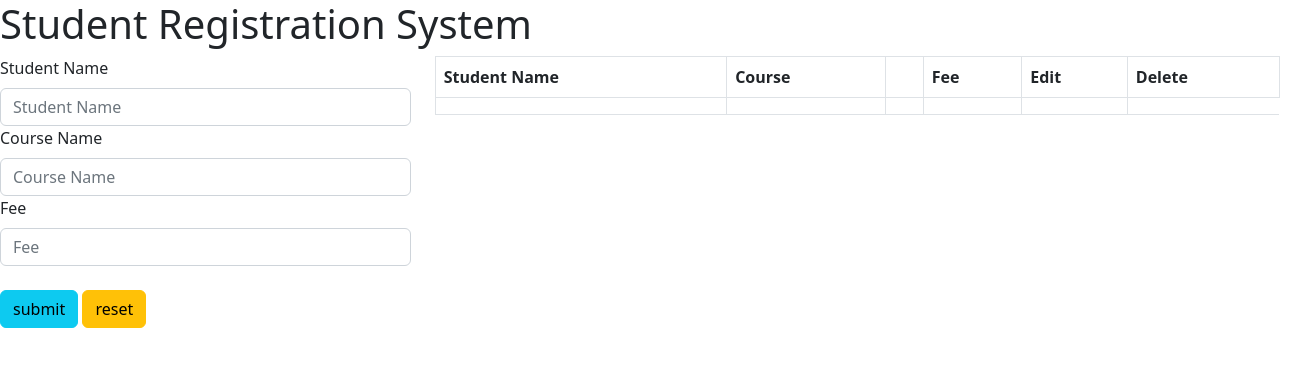
Repository: minhnhien2212/self-study
Page: http://localhost/StudentRegistration/
The author's editor kept a copy of each file at every save. The page is drawn from the files as they stood at one save, then again after the next save.
The browser window is 1280 px wide. The page is 1292 px wide, so the pictures cover 1292 px, including what lies to the right of the window. The pictures show the whole page.
The page is served by Tomcat 9. Queries for data that is not in the repository find no rows.

Above is the page before, as saved 2022-11-21 03:43:25.

### StudentRegistration/src/main/webapp/index.jsp
<%@ page language="java" contentType="text/html; charset=UTF-8"
    pageEncoding="UTF-8"%>
<!DOCTYPE html>
<html>
<head>
<meta charset="UTF-8">
<title>Insert title here</title>
<link href="https://cdn.jsdelivr.net/npm/bootstrap@5.2.2/dist/css/bootstrap.min.css" rel="stylesheet" integrity="sha384-Zenh87qX5JnK2Jl0vWa8Ck2rdkQ2Bzep5IDxbcnCeuOxjzrPF/et3URy9Bv1WTRi" crossorigin="anonymous">
<script src="https://cdn.jsdelivr.net/npm/@popperjs/core@2.11.6/dist/umd/popper.min.js" integrity="sha384-oBqDVmMz9ATKxIep9tiCxS/Z9fNfEXiDAYTujMAeBAsjFuCZSmKbSSUnQlmh/jp3" crossorigin="anonymous"></script>
<script src="https://cdn.jsdelivr.net/npm/bootstrap@5.2.2/dist/js/bootstrap.min.js" integrity="sha384-IDwe1+LCz02ROU9k972gdyvl+AESN10+x7tBKgc9I5HFtuNz0wWnPclzo6p9vxnk" crossorigin="anonymous"></script>
</head>
<body>
	<h1>Student Registration System</h1>

	<div class="row">
		<div class="col-sm-4">
			<form action="#" method="POST">

				<div align="left">
					<label class="form-label">Student Name</label>
					<input type="text" class="form-control" placeholder="Student Name" name="name" id="name" required>
				</div>

				<div align="left">
					<label class="form-label">Course Name</label>
					<input type="text" class="form-control" placeholder="Course Name" name="course" id="course" required>
				</div>

				<div align="left">
					<label class="form-label">Fee</label>
					<input type="text" class="form-control" placeholder="Fee" name="fee" id="fee" required>
				</div>
				<br>
				<div align="left">
					<input type="submit" id="submit" value="submit" name="submit" class="btn btn-info">
					<input type="reset" id="reset" value="reset" name="reset" class="btn btn-warning">

				</div>
			</form>
		</div>

		<div class="col-sm-8">
			<div class="panel-body">
				<table id="tbl-student" class="table table-responsive table-bordered" cellpadding="0" width="100%">
					<thead>
						<tr>
							<th>Student Name</th>
							<th>Course<th>
							<th>Fee</th>
							<th>Edit</th>
							<th>Delete</th>
						</tr>

						<tr>
							<td></td>
							<td></td>
							<td></td>
							<td></td>
							<td></td>
						</tr>

				</table>
			</div>
		</div>


	</div>
</body>
</html>

After the next save:
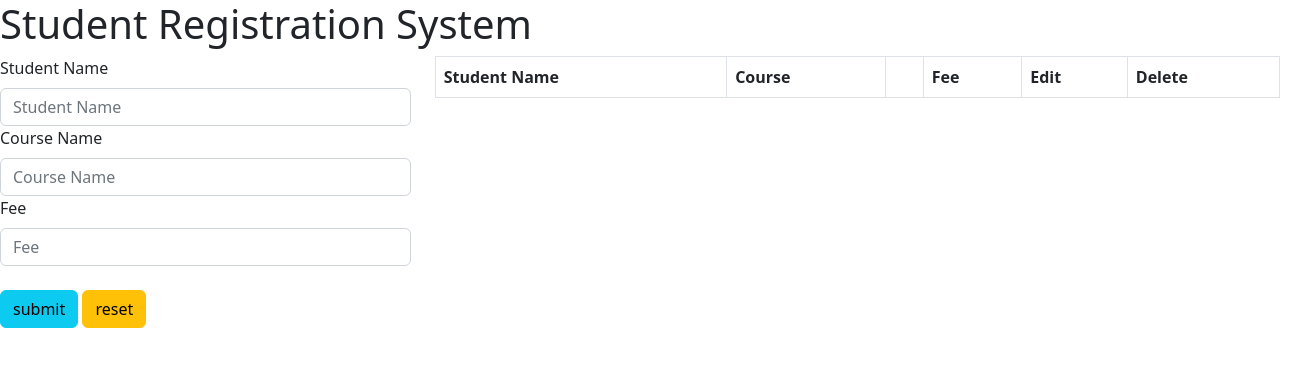
Saved 10 h 6 min later.
--- a/StudentRegistration/src/main/webapp/index.jsp
+++ b/StudentRegistration/src/main/webapp/index.jsp
@@ -1,5 +1,33 @@
 <%@ page language="java" contentType="text/html; charset=UTF-8"
     pageEncoding="UTF-8"%>
+<%@page import="java.sql.*"%>
+
+<%
+if (request.getParameter("submit") != null) {
+	String name = request.getParameter("name");
+	String course = request.getParameter("course");
+	String fee = request.getParameter("fee");
+
+	Connection con;
+	PreparedStatement pst;
+	ResultSet rs;
+
+	Class.forName("com.mysql.jdbc.Driver");
+	con = DriverManager.getConnection("jdbc:mysql://localhost/students", "root", "");
+	pst = con.prepareStatement("Insert into records(name, course, fee) values (?,?,?)");
+	pst.setString(1, name);
+	pst.setString(2, course);
+	pst.setString(3, fee);
+	pst.executeUpdate();
+
+%>
+	<script>
+		alert("Record Added.");
+	</script>
+
+<%
+}
+%>
 <!DOCTYPE html>
 <html>
 <head>
@@ -50,14 +78,31 @@
 							<th>Edit</th>
 							<th>Delete</th>
 						</tr>
+						<%
+							Connection con;
+							PreparedStatement pst;
+							ResultSet rs;
 
+							Class.forName("com.mysql.jdbc.Driver");
+							con = DriverManager.getConnection("jdbc:mysql://localhost/students", "root", "");
+
+							String query = "select * from records";
+							Statement st = con.createStatement();
+							rs = st.executeQuery(query);
+
+							while (rs.next()) {
+								String id = rs.getString("id");
+						%>
 						<tr>
-							<td></td>
-							<td></td>
-							<td></td>
-							<td></td>
-							<td></td>
+							<td> <%=rs.getString("name") %> </td>
+							<td> <%=rs.getString("course") %> </td>
+							<td> <%=rs.getString("fee") %> </td>
+							<td>Edit</td>
+							<td>Delete</td>
 						</tr>
+
+						<% } %>
+
 
 				</table>
 			</div>
